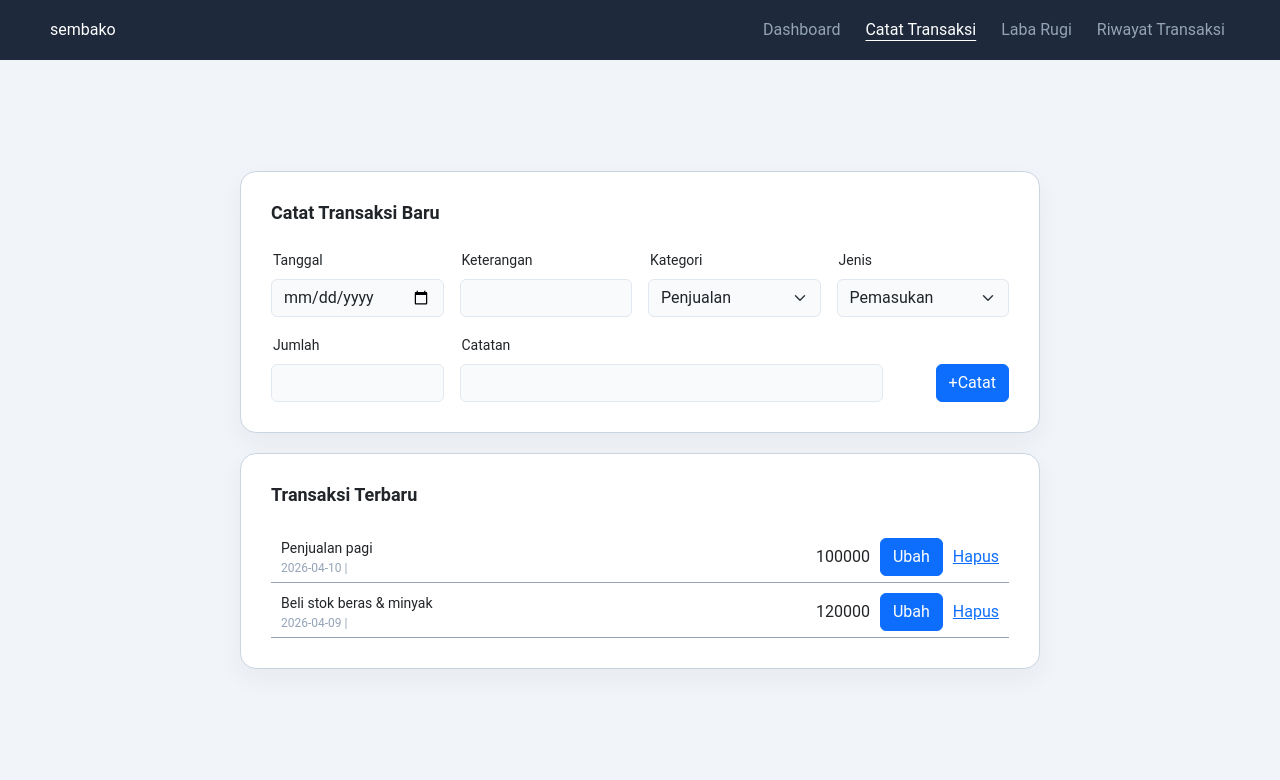
Repository: musdalifahzahra/Projek-Akhir-PWD-2026
Page: http://localhost/3-catat-transaksi.php
An editor plug-in stored every save of this project. The page is shown before and after a run of saves, followed by the edit.
The browser window is 1280 px wide. The pictures show the whole page.
The page is run by PHP 8.4 with error messages shown; the project is at /var/www/html/. The database holds what the project's SQL file puts in it.

Above is the page before, as saved 2026-04-17 16:05:11.

### 3-catat-transaksi.php
<?php
//koneksi ke database
require "0-koneksi.php";

//INPUT FORM TRANSAKSI (INSERT)
//cek submit uda di pencet blm
if (isset($_POST["submit"])) {
    if (tambah_data($_POST) < 0) {
        echo "Data gagal ditambahkan";
    }
}
?>

<!DOCTYPE html>
<html lang="en">

<head>
    <meta charset="UTF-8">
    <meta name="viewport" content="width=device-width, initial-scale=1.0">
    <title>Catat Transaksi</title>
    <link rel="stylesheet" href="https://cdn.jsdelivr.net/npm/bootstrap@5.3.8/dist/css/bootstrap.min.css">
    <link rel="stylesheet" href="template-css.css">
    <link rel="stylesheet" href="3-catat-transaksi-css.css">
</head>

<body>
    <nav>
        <div class="profile">
            <span>sembako</span>
        </div>
        <div class="nav_list">
            <ul>
                <li><a href="2-dashboard.php">Dashboard</a></li>
                <li><a href="3-catat-transaksi.php" class="nav-active">Catat Transaksi</a></li>
                <li><a href="4-laba-rugi.php">Laba Rugi</a></li>
                <li><a href="5-laporan.php">Riwayat Transaksi</a></li>
            </ul>
        </div>
    </nav>

    <div class="wrap">
        <!-- input transaksi -->
        <div class="input-transaksi template">
            <form class="row g-3" method="POST">
                <h5>Catat Transaksi Baru</h5><br>
                <!-- tanggal -->
                <div class="col-md-3">
                    <label for="tanggal" class="form-label">Tanggal</label>
                    <input type="date" class="form-control" id="tanggal" name="tanggal" required>
                </div>
                <!-- keterangan -->
                <div class="col-md-3">
                    <label for="keterangan" class="form-label">Keterangan</label>
                    <input type="text" class="form-control" id="keterangan" name="keterangan" required>
                </div>
                <!-- kategori -->
                <div class="col-md-3">
                    <label for="inputZip" class="form-label">Kategori</label>
                    <select class="form-select" id="kategori" aria-label="Default select example" name="kategori" required>
                        <option value="Penjualan">Penjualan</option>
                        <option value="Belanja Stok">Belanja Stok</option>
                        <option value="Operasional">Operasional</option>
                        <option value="Gaji">Gaji</option>
                        <option value="Lain-lain">Lain-lain</option>
                    </select>
                </div>
                <!-- jenis -->
                <div class="col-md-3">
                    <label for="jenis" class="form-label">Jenis</label>
                    <select class="form-select" id="jenis" aria-label="Default select example" name="jenis" required>
                        <option value="Masuk">Pemasukan</option>
                        <option value="Keluar">Pengeluaran</option>
                    </select>
                </div>
                <!-- jumlah-->
                <div class="col-md-3">
                    <label for="jumlah" class="form-label">Jumlah</label>
                    <input type="number" class="form-control" id="jumlah" name="jumlah" required>
                </div>
                <!-- catatan -->
                <div class="col-md-7">
                    <label for="catatan" class="form-label">Catatan</label>
                    <input type="text" class="form-control" id="catatan" name="catatan">
                </div>
                <!-- submit (+catat) -->
                <div class="col-md-2 d-flex align-items-end justify-content-end">
                    <button type="submit" class="btn btn-primary" id="catat" name="submit" required> +Catat </button>
                </div>
                <br>
            </form>
        </div>


        <!-- MENAMPILKAN DAFTRA TRANSAKSI TERBARU -->
        <?php
        //  $transaksi_terbaru = nyimpan data yg diambil dari fungsi transaksi()
        // manggil fungsi transaksi sambil emmbawa parameter yg berfungsi u/ ngambil nya cuma 6
        $transaksi_terbaru = nampilin_data("SELECT * FROM transaksi ORDER BY No DESC LIMIT 6");
        ?>

        <div class="tampil-transaksi-terbaru template">
            <h5>Transaksi Terbaru</h5><br>
            <div class="wrap-transaksi">
                <?php foreach ($transaksi_terbaru as $data) : ?>
                    <div class="satu-transaksi">

                        <div class="a">
                            <p class="keterangan"><?= $data['Keterangan'] ?></p>
                            <p class="tanggal-catatan"><?= $data['Tanggal'] . " | " . $data['Catatan'] ?></p>
                        </div>

                        <div class="b">
                            <p><?= $data['Jumlah'] ?></p>


                            <!-- MODAL POP UP UBAH -->
                            <!-- Button modal ubah -->
                            <button type="button" class="btn btn-primary" data-bs-toggle="modal" data-bs-target="#modal-ubah<?= $data['No'] ?>">
                                Ubah
                            </button>
                            <!-- tampilan pop up ubah -->
                            <div class="modal fade" id="modal-ubah<?= $data['No'] ?>" data-bs-backdrop="static" data-bs-keyboard="false" tabindex="-1" aria-labelledby="staticBackdropLabel" aria-hidden="true">
                                <div class="modal-dialog template">
                                    <div class="modal-content">
                                        <div class="modal-header">
                                            <h5 class="modal-title fs-5" id="staticBackdropLabel">Ubah data transaksi</h5>
                                            <button type="button" class="btn-close" data-bs-dismiss="modal" aria-label="Close"></button>
                                        </div>
                                        <div class="modal-body">
                                            <!-- input transaksi -->
                                            <div class="input-transaksi template">

                                                <!-- kalo biasnya kirim datanya lewat a href GET, kalo ini pake form POST -->
                                                <form class="row g-3" action="0-koneksi.php" method="POST">
                                                    <!-- membawa id, id  yang sesuai dengan data yg mau di edit -->
                                                    <input type="hidden" name="id" value="<?= $data['No'] ?>">

                                                    <!-- tanggal -->
                                                    <div class="col-md-3">
                                                        <label for="tanggal" class="form-label">Tanggal</label>
                                                        <input type="date" class="form-control" id="tanggal" name="tanggal" value="<?= $data['Tanggal'] ?>" required>
                                                    </div>
                                                    <!-- keterangan -->
                                                    <div class="col-md-3">
                                                        <label for="keterangan" class="form-label">Keterangan</label>
                                                        <input type="text" class="form-control" id="keterangan" name="keterangan" value="<?= $data['Keterangan'] ?>" required>
                                                    </div>
                                                    <!-- kategori -->
                                                    <div class="col-md-3">
                                                        <label for="inputZip" class="form-label">Kategori</label>
                                                        <select class="form-select" id="kategori" aria-label="Default select example" name="kategori" value="<?= $data['Kategori'] ?>" required>
                                                            <option value="Penjualan">Penjualan</option>
                                                            <option value="Belanja Stok">Belanja Stok</option>
                                                            <option value="Operasional">Operasional</option>
                                                            <option value="Gaji">Gaji</option>
                                                            <option value="Lain-lain">Lain-lain</option>
                                                        </select>
                                                    </div>
                                                    <!-- jenis -->
                                                    <div class="col-md-3">
                                                        <label for="jenis" class="form-label">Jenis</label>
                                                        <select class="form-select" id="jenis" aria-label="Default select example" name="jenis" value="<?= $data['Jenis'] ?>" required>
                                                            <option value="Masuk">Pemasukan</option>
                                                            <option value="Keluar">Pengeluaran</option>
                                                        </select>
                                                    </div>
                                                    <!-- jumlah-->
                                                    <div class="col-md-3">
                                                        <label for="jumlah" class="form-label">Jumlah</label>
                                                        <input type="number" class="form-control" id="jumlah" name="jumlah" value="<?= $data['Jumlah'] ?>" required>
                                                    </div>
                                                    <!-- catatan -->
                                                    <div class="col-md-7">
                                                        <label for="catatan" class="form-label">Catatan</label>
                                                        <input type="text" class="form-control" id="catatan" name="catatan" value="<?= $data['Catatan'] ?>">
                                                    </div>
                                                    <!-- submit (ubah) -->
                                                    <div class="col-md-2 d-flex align-items-end justify-content-end">
                                                        <button type="submit" class="btn btn-primary" id="catat" name="submit-ubah" required> Ubah </button>
                                                    </div>
                                                    <br>
                                                </form>
                                            </div>
                                        </div>
                                        <!-- <div class="modal-footer">
                                            <button type="button" class="btn btn-secondary" data-bs-dismiss="modal">Close</button>
                                            <button type="button" class="btn btn-primary">Understood</button>
                                        </div> -->
                                    </div>
                                </div>
                            </div>

                            <!-- <a href="0-ubah.php?id=<?= $data["No"] ?>"> Edit </a> -->
                            <a href="0-hapus.php?id=<?= $data["No"] ?>" onclick="return confirm('Apakah anda ingin mengapus data tersebut');"> Hapus </a>
                            <!-- <button class="edit">Edit</button>
                            <button class="hapus"> x </button> -->
                        </div>
                    </div>
                <?php endforeach; ?>
            </div>
        </div>
    </div>
    <!-- masukin bootstrap js -->
    <script src="https://cdn.jsdelivr.net/npm/bootstrap@5.3.3/dist/js/bootstrap.bundle.min.js"></script>
</body>

</html>
</body>

</html>

### 0-koneksi.php
<?php
//koneksi ke database
$conn = mysqli_connect("localhost", "root", "", "laporan_keuangan");

//ambil data
$result = mysqli_query($conn, "SELECT * FROM transaksi");
if (!$result) {
    echo mysqli_error($conn);
}

//FUNGSI UNTUK MENAMBAHKAN DATA (INSERT)
function tambah_data($data_insert)
{

    global $conn;
    $tanggal = $data_insert["tanggal"];
    $keterangan = $data_insert["keterangan"];
    $kategori = $data_insert["kategori"];
    $jenis = $data_insert["jenis"];
    $jumlah = $data_insert["jumlah"];
    $catatan = $data_insert["catatan"];

    $insert = "INSERT INTO transaksi
              VALUES (null, '$tanggal', '$keterangan', '$kategori', '$jenis', '$jumlah', '$catatan')
              ";

    mysqli_query($conn, $insert);

    //mengembalikan nilai, cek berhasil apa ngga. kalo (1) = berhasil, (-1)= tidak berhasil;
    return mysqli_affected_rows($conn);
}

// FUNGSI UNTUK BACA DATA DARI DATABASE, dipake bwt nampilin transaksi terbaru
function nampilin_data($query)
{
    global $conn;

    $result = mysqli_query($conn, $query);
    //$rows = wadah untuk menyimpan baris-baris yg akan di ambil
    $rows = [];
    while ($row = mysqli_fetch_assoc($result)) {
        $rows[] = $row;
    }
    // mengmebalikan semua baris-baris($row) yg uda kesimpan di $rows
    return $rows;
}

//FUNGSI UNTUK HAPUS
function hapus($id)
{
    global $conn;

    mysqli_query($conn, "DELETE FROM transaksi WHERE No = $id");

    return mysqli_affected_rows($conn);
}

//UNTUK KONDISI KETIKA MENG UBAH DATA
// cek tombol ubah uda d pencet blm
if (isset($_POST["submit-ubah"])) {
global $conn;
    //persiapan ubah data
    $ubah = mysqli_query($conn, 'UPDATE transaksi SET
                            $tanggal = $_POST["tanggal"],
                            $keterangan = $_POST["keterangan"],
                            $kategori = $_POST["kategori"],
                            $jenis = $_POST["jenis"],
                            $jumlah = $_POST["jumlah"],
                            $catatan = $_POST["catatan"]
                            WHERE No = $_POST["id"]
                            ' );



    // cek data nerhasil di ubah apa ngga
    if ($ubah) {
        echo "
        <script>
        alert('Data berhasil di ubah');
        document.location.href = '3-catat-transaksi.php';
        </script>
        ";
    } else {
        echo "
        <script>
        alert('Data gagal di ubah');
        document.location.href = '3-catat-transaksi.php';
        </script>
        ";
    }
}

### template-css.css
:root {
  --color-nav: #1e293b;
  --color-bag-web: #f1f5f9;
  --color-card: #ffffff;
  --color-belum-dipencet: #94a3b8;
  --color-kurson: #cbd5e1;
  --color-tulisan-utama: #334155;
  --color-pemasukan: #10b981;
  --color-pengeluaran: #ef4444;
  --color-border: #e2e8f0;
  --color-border-card: #cbd5e1;
  --color-input: #f8fafc;
  --h1: 32px; /* (judul halaman) */
  --h2: 24px; /* (judul section) */
  --h3: 20px; /* (sub section) */
  --font-judul-card: 18px; /* (judul card) */
  --h5: 16px; /* (label besar) */
  --font-text: 14px; /* (teks biasa) */
  --font-note: 12px; /* (catatan/hint) */
}

body {
  font-family: "Roboto", sans-serif;
}

nav {
  background-color: var(--color-nav);
  height: 60px;
  display: flex;
  align-items: center;
  justify-content: space-between;
  padding: 0px 50px;
  z-index: 1;
  position: sticky;
  top: 0px;
}

nav span {
  color: var(--color-card);
}

nav ul {
  padding: 0px;
  margin: 0px;
  display: flex;
  gap: 20px;
}
nav li {
  margin-right: 5px;
  display: inline;
  font-style: none;
}

nav a {
  color: var(--color-belum-dipencet);
  text-decoration: none;
}

.nav-active {
  color: var(--color-card);
  text-decoration: underline;
  text-underline-offset: 5px;
}

nav a:hover {
  color: var(--color-kurson);
}
body {
  background-color: var(--color-bag-web);
}

### 3-catat-transaksi-css.css
/* INPUT  FORM TRANSAKSI */
.wrap {
  display: flex;
  flex-direction: column;
  z-index: 2;
  width: 100%;
  min-height: 100vh;
  background-color: var(--color-bag-web);
  padding: 50px 20px;
  gap: 20px;
  justify-content: center;
  align-items: center;
}

h5 {
  font-size: var(--font-judul-card);
  font-weight: bold;
}
.template {
  max-width: 800px;
  border: 1.2px solid var(--color-border-card);
  background-color: var(--color-card);
  border-radius: 16px;
  box-shadow: 0 10px 25px rgba(30, 41, 59, 0.05);
  padding: 30px;
}

.input-transaksi {
  display: flex;

  /* padding: 20px; */
}

.transaksi-terbaru {
  display: flex;
  flex: 1;
  /* padding: 20px; */
}
form .catat {
  margin: 0px;
  padding: 0px;
}
.form-label{
  padding-left: 2px;
  font-size: var(--font-text);
}

.form-control,
.form-select {
  background-color: var(--color-input);
  border: 1px solid var(--color-border);
}

/* TRANSAKSI TERBARU */
.tampil-transaksi-terbaru {
  margin: 0%;
  width: 100%;
  display: flex;
  flex-direction: column;
  height: auto;
  gap: 0px;
}
.wrap-transaksi{
  display: flex;
  gap: 10px;
  flex-direction: column;
}
.satu-transaksi {
  width: 100%;
  display: grid;
  grid-template-columns: 1fr auto auto auto auto;
  border-bottom: 1px solid var(--color-belum-dipencet);
  padding: 0px 10px 5px 10px;
}
.a {
}

.keterangan {
font-size: large;
font-size: var(--font-text);
}
.tanggal-catatan{
  font-size:x-small;
  font-size:var(--font-note);
  color: var(--color-belum-dipencet);
}
.jenis{
  font-size: x-small;
  background-color: aqua;
  border-radius: 25px;
  padding: 4px 10px;
}
.edit{
  font-size: x-small;
  background-color: rgb(233, 255, 137);
  border-radius: 25px;
  padding: 4px 10px;
  border: none;

}
.hapus{
  background-color: rgb(214, 170, 255);
  border-radius: 100%;
  padding: 2px 7px;
  font-size: x-small;
  border: none;
}
.b {
  display: flex;
  align-items: center;
  flex-direction: row;
  gap: 10px;
}
p{
  padding: 0px;
  margin: 0px;
}

### Laporan_Keuangan.sql (the tables this page reads)
CREATE TABLE `transaksi` (
  `No` int(11) NOT NULL,
  `Tanggal` date DEFAULT NULL,
  `Keterangan` varchar(50) DEFAULT NULL,
  `Kategori` varchar(30) DEFAULT NULL,
  `Jenis` varchar(20) DEFAULT NULL,
  `Jumlah` int(11) DEFAULT NULL,
  `Catatan` varchar(50) DEFAULT NULL,
  PRIMARY KEY (`No`)
) ENGINE=InnoDB DEFAULT CHARSET=utf8mb4 COLLATE=utf8mb4_general_ci;

INSERT INTO `transaksi` VALUES (1,'2026-04-09','Beli stok beras & minyak','Belanja Stok','Pengeluaran',120000,''),(2,'2026-04-10','Penjualan pagi','Penjualan','Pemasukan',100000,'');

After the next 2 saves:
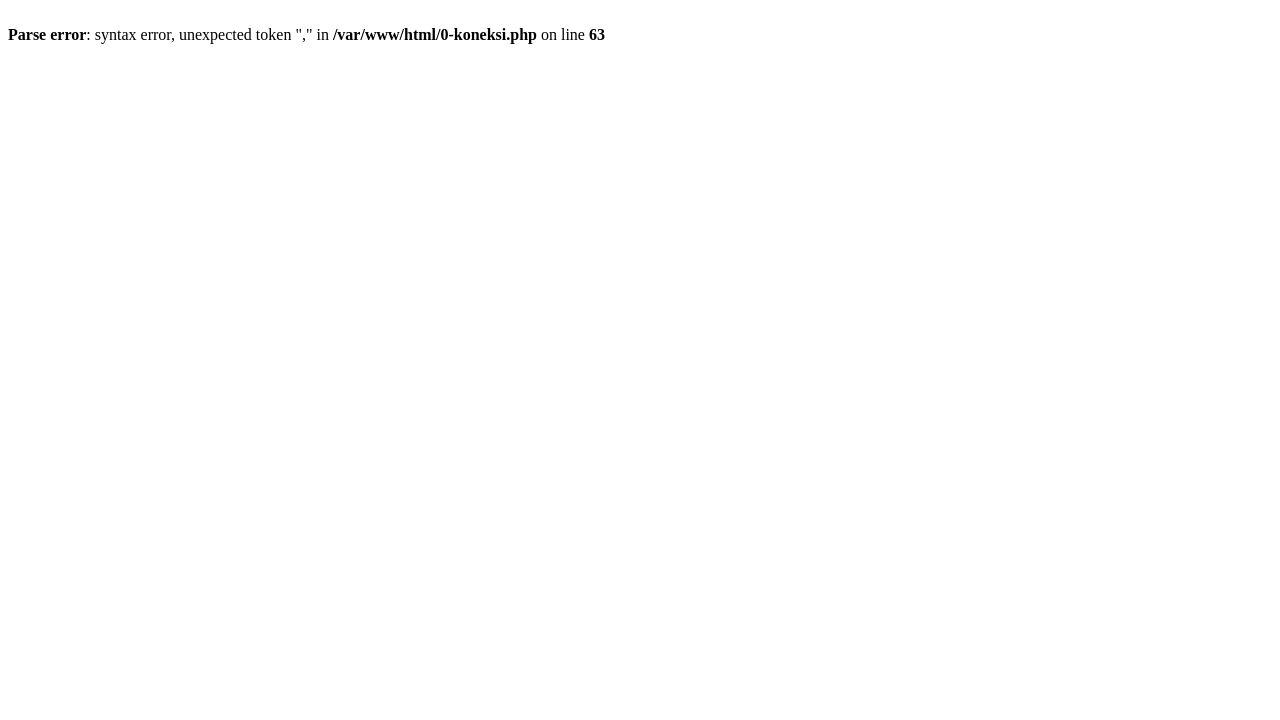
The 2 saves are shown as one change because they came seconds apart.
The last was saved 18 min 39 s later.
--- a/0-koneksi.php
+++ b/0-koneksi.php
@@ -60,13 +60,14 @@
 if (isset($_POST["submit-ubah"])) {
 global $conn;
     //persiapan ubah data
-    $ubah = mysqli_query($conn, 'UPDATE transaksi SET
-                            $tanggal = $_POST["tanggal"],
+    $tanggal = $_POST["tanggal"],
                             $keterangan = $_POST["keterangan"],
                             $kategori = $_POST["kategori"],
                             $jenis = $_POST["jenis"],
                             $jumlah = $_POST["jumlah"],
                             $catatan = $_POST["catatan"]
+    $ubah = mysqli_query($conn, 'UPDATE transaksi SET
+
                             WHERE No = $_POST["id"]
                             ' );
 

After the 5 saves that followed:
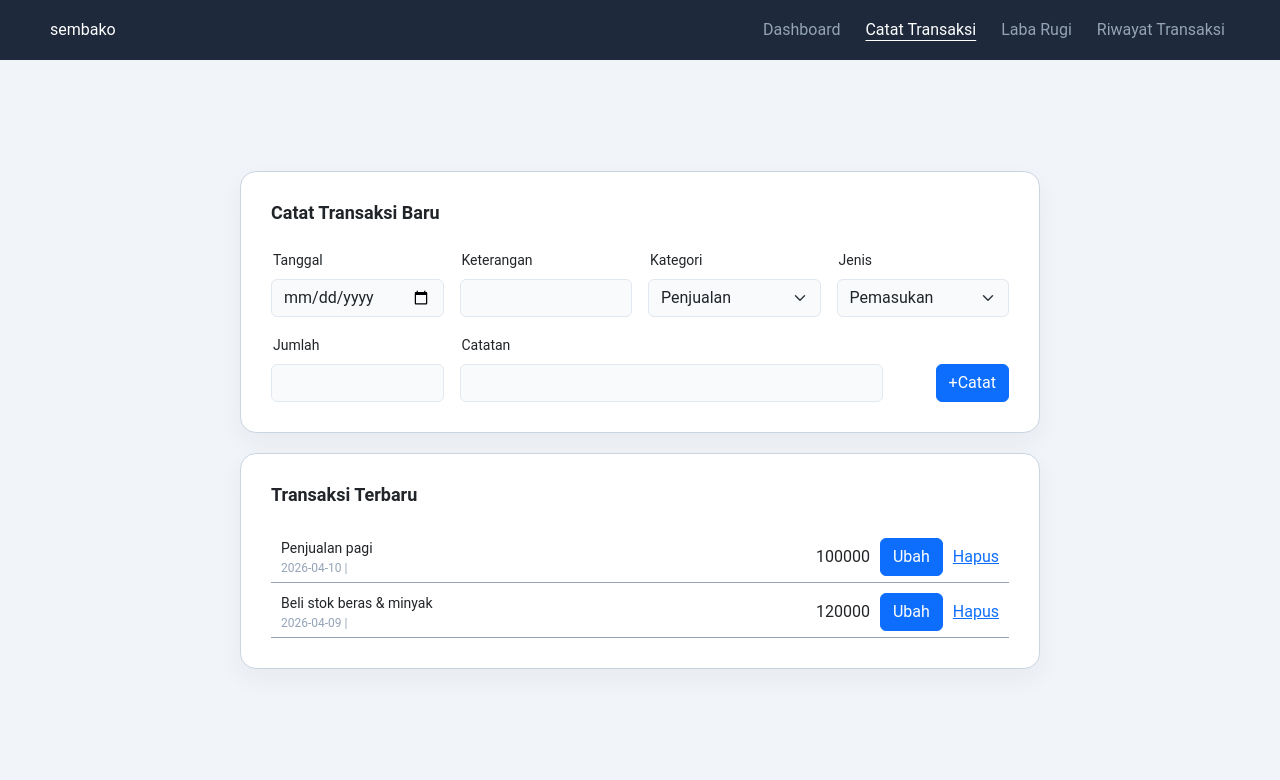
The 5 saves are shown as one change because 1 left the picture as it was and some came seconds apart.
The last was saved 27 s later.
--- a/0-koneksi.php
+++ b/0-koneksi.php
@@ -58,18 +58,19 @@
 //UNTUK KONDISI KETIKA MENG UBAH DATA
 // cek tombol ubah uda d pencet blm
 if (isset($_POST["submit-ubah"])) {
-global $conn;
+    global $conn;
     //persiapan ubah data
-    $tanggal = $_POST["tanggal"],
-                            $keterangan = $_POST["keterangan"],
-                            $kategori = $_POST["kategori"],
-                            $jenis = $_POST["jenis"],
-                            $jumlah = $_POST["jumlah"],
-                            $catatan = $_POST["catatan"]
+    $tanggal = $_POST["tanggal"];
+    $keterangan = $_POST["keterangan"];
+    $kategori = $_POST["kategori"];
+    $jenis = $_POST["jenis"];
+    $jumlah = $_POST["jumlah"];
+    $catatan = $_POST["catatan"];
+
     $ubah = mysqli_query($conn, 'UPDATE transaksi SET
 
                             WHERE No = $_POST["id"]
-                            ' );
+                            ');
 
 
 
